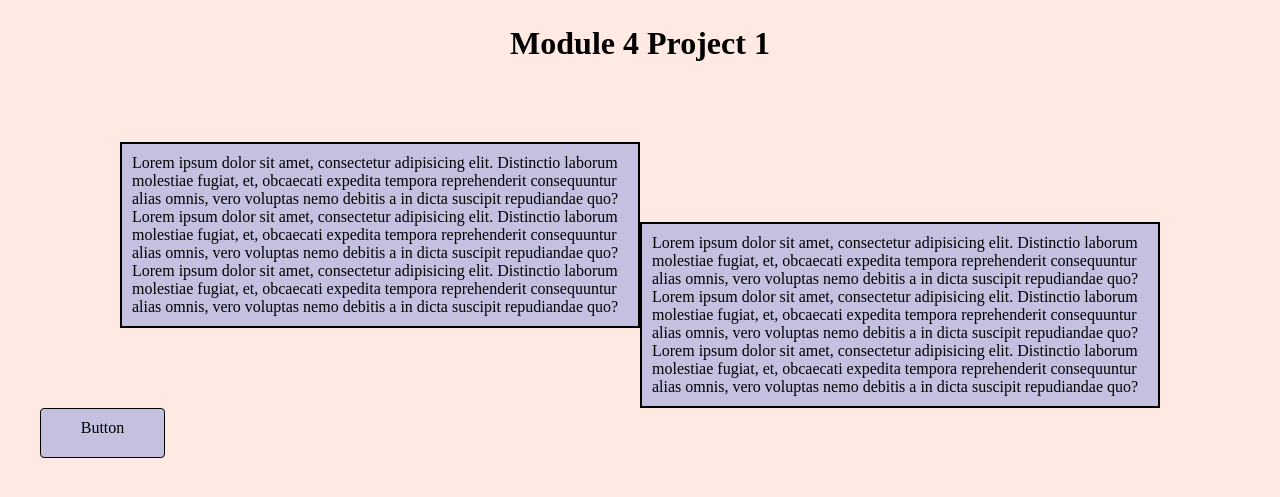
Repository: mlmEFSC21/P6-External-Style-Sheet
Page: index.html
These files come from the project's save history. The page is drawn as it stood at one moment and after the next save; the edit follows.
The browser window is 1280 px wide. The pictures show the whole page.

Above is the page before, as saved 2022-02-09 20:58:16.

### index.html
<!DOCTYPE html>
<html lang="en">
    <head>
        <meta charset="UTF-8" />
        <meta http-equiv="X-UA-Compatible" content="IE=edge" />
        <meta name="viewport" content="width=device-width, initial-scale=1.0" />
        <link rel="stylesheet" href="Styles.css" />
        <title>External Style Sheets</title>
    </head>
    <header><h1>Module 4 Project 1</h1></header>
    <body>
        <div class="floatContainer">
            <div>
                <p class="p1">
                    Lorem ipsum dolor sit amet, consectetur adipisicing elit. Distinctio laborum
                    molestiae fugiat, et, obcaecati expedita tempora reprehenderit consequuntur
                    alias omnis, vero voluptas nemo debitis a in dicta suscipit repudiandae quo?
                    Lorem ipsum dolor sit amet, consectetur adipisicing elit. Distinctio laborum
                    molestiae fugiat, et, obcaecati expedita tempora reprehenderit consequuntur
                    alias omnis, vero voluptas nemo debitis a in dicta suscipit repudiandae quo?
                    Lorem ipsum dolor sit amet, consectetur adipisicing elit. Distinctio laborum
                    molestiae fugiat, et, obcaecati expedita tempora reprehenderit consequuntur
                    alias omnis, vero voluptas nemo debitis a in dicta suscipit repudiandae quo?
                </p>
            </div>
            <div>
                <p class="p2">
                    Lorem ipsum dolor sit amet, consectetur adipisicing elit. Distinctio laborum
                    molestiae fugiat, et, obcaecati expedita tempora reprehenderit consequuntur
                    alias omnis, vero voluptas nemo debitis a in dicta suscipit repudiandae quo?
                    Lorem ipsum dolor sit amet, consectetur adipisicing elit. Distinctio laborum
                    molestiae fugiat, et, obcaecati expedita tempora reprehenderit consequuntur
                    alias omnis, vero voluptas nemo debitis a in dicta suscipit repudiandae quo?
                    Lorem ipsum dolor sit amet, consectetur adipisicing elit. Distinctio laborum
                    molestiae fugiat, et, obcaecati expedita tempora reprehenderit consequuntur
                    alias omnis, vero voluptas nemo debitis a in dicta suscipit repudiandae quo?
                </p>
            </div>
        </div>
        <div class="button">Button</div>
    </body>
</html>

### Styles.css
:root {
    /* --clr-font: black; */
    --clr-background: #ffe9e3;
    --clr-buttonBG: #c4c1e0;
    --clr-buttonHover: #7c73e6;
}
*,
*::before,
*::after {
    margin: 0;
    padding: 0;
    box-sizing: border-box;
}
header {
    text-align: center;
}
body {
    background-color: var(--clr-background);
    color: black;
    margin: 10px 25px;
    padding: 15px;
}
div {
    padding: 40px;
}
p {
    padding: 10px;
    background-color: var(--clr-buttonBG);
}
.p1 {
    border: 2.5px solid black;
    float: left;
    width: 50%;
}
.p2 {
    border: 2.5px solid black;
    float: right;
    width: 50%;
}
.button {
    border: 1px solid black;
    border-radius: 4px;
    padding: 10px;
    width: 125px;
    height: 50px;
    background-color: var(--clr-buttonBG);
    color: var(--clr-button);
    text-align: center;
    vertical-align: middle;
    clear: both;
}
.button:hover {
    background-color: var(--clr-buttonHover);
    color: white;
}

After the next save:
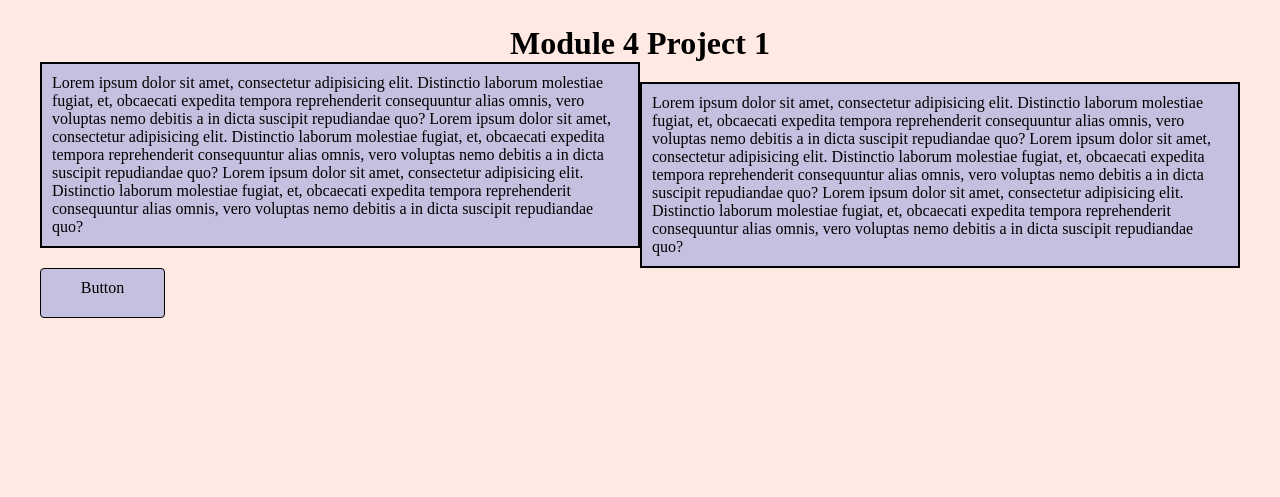
Saved 11 s later.
--- a/Styles.css
+++ b/Styles.css
@@ -21,7 +21,7 @@ body {
     padding: 15px;
 }
 div {
-    padding: 40px;
+    padding-bottom: 20px;
 }
 p {
     padding: 10px;
